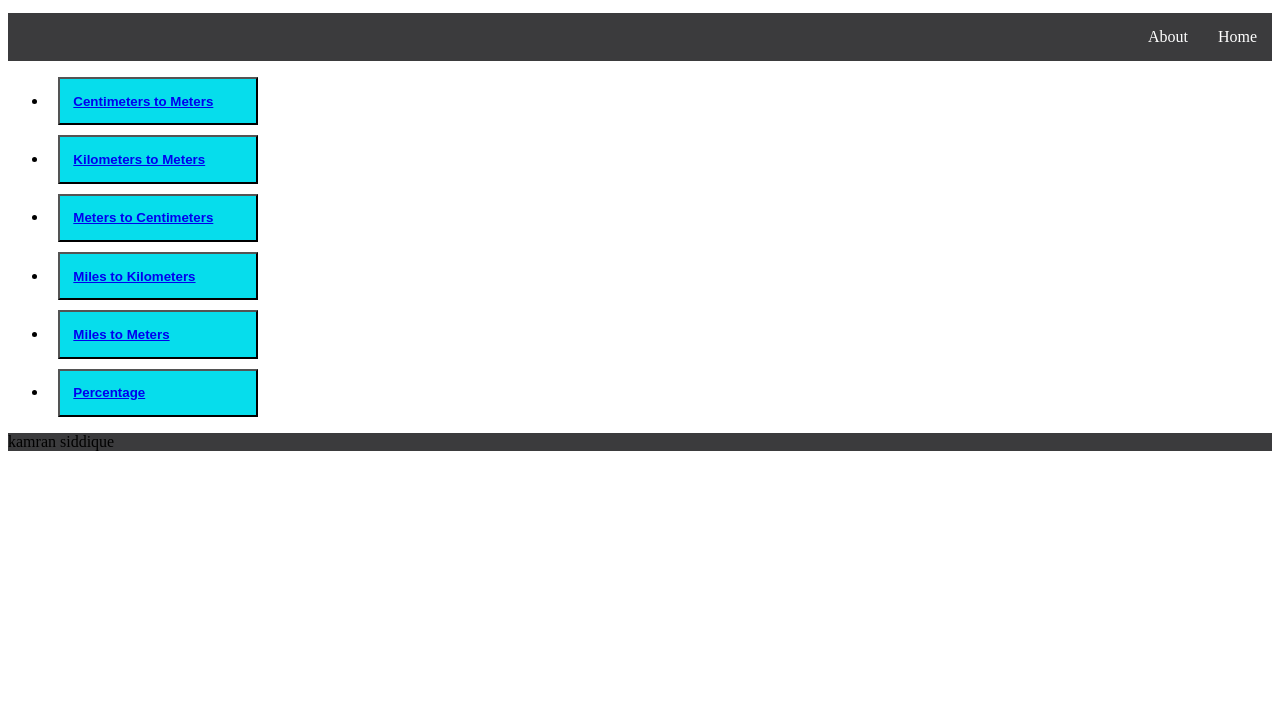
Repository: Kamrangujjar85112/Length-Converter
Page: html/home.html
An editor plug-in stored every save of this project. The page is shown before and after the next save, followed by the edit.
The browser window is 1280 px wide. The pictures show the whole page.

Above is the page before, as saved 2022-01-21 03:20:38.

### html/home.html
<!-- home -->
<!DOCTYPE html>
<html lang="en">
<head>
    <meta charset="UTF-8">
    <meta http-equiv="X-UA-Compatible" content="IE=edge">
    <meta name="viewport" content="width=device-width, initial-scale=1.0">
    <title>Home</title>
    <link rel="stylesheet" href="../css/style.css">

</head>
<body>
   <div class="header">
        <nav>
            <ul class="nav-ul">
                <li class="nav-li"><a href="#home">Home</a></li>
                <li class="nav-li"><a href="#about">About</a></li>
            </ul>
        </nav>
   </div>
   <div class="container">
       <ul>
           <li class="link">
               <button><a href="cm_km.html">Centimeters to Meters</a></button>
           </li>
           <li class="link">
               <button><a href="km_m.html">Kilometers to Meters</a></button>
           </li>
           <li class="link">
               <button><a href="m_cm.html">Meters to Centimeters</a></button>
           </li>
           <li class="link">
               <button><a href="mi_km.html">Miles to Kilometers</a></button>
           </li>
           <li class="link">
               <button><a href="mi_m.html">Miles to Meters</a></button>
           </li>
           <li class="link">
               <button><a href="percentage.html">Percentage</a></button>
           </li>
       </ul>
   </div>
   <div class="footer">
        <p>kamran siddique</p>
   </div>



</body>
</html>

### css/style.css
  body{
    padding-top: 5px;
    padding-bottom: 40px;
}
.header{
    top: 0;
    width: 100%;
    margin: 0;
    position: relative;

}
.nav-ul{
    list-style-type: none;
    margin: 0;
    padding: 30;
    overflow: hidden;
    background: rgb(59, 59, 61);
  }

  .nav-li {
    float: right;
    align-items: inherit;
  }

  .nav-li a {
    display: block;
    color: rgb(255, 255, 255);
    text-align:justify;
    padding: 15px 15px;
    text-decoration: none;
  }
  button {
    margin: 10px;
	padding: 1.1em 1em;
	font-weight:bold;
    width:200px;
    display: block;
    text-align:justify;
    background-color: #06ddec;
}
    button a:hover{
        background-color: #CA7E6F;
    }



  /* Change the link color to #111 (black) on hover */
  .nav-li a:hover {
    background-color: #0ac577;
  }
.footer{
    bottom: 0;
    width: 100%;
    position:relative;
    background: rgb(59, 59, 61);
}
/* Some more styles to beutify this example */

After the next save:
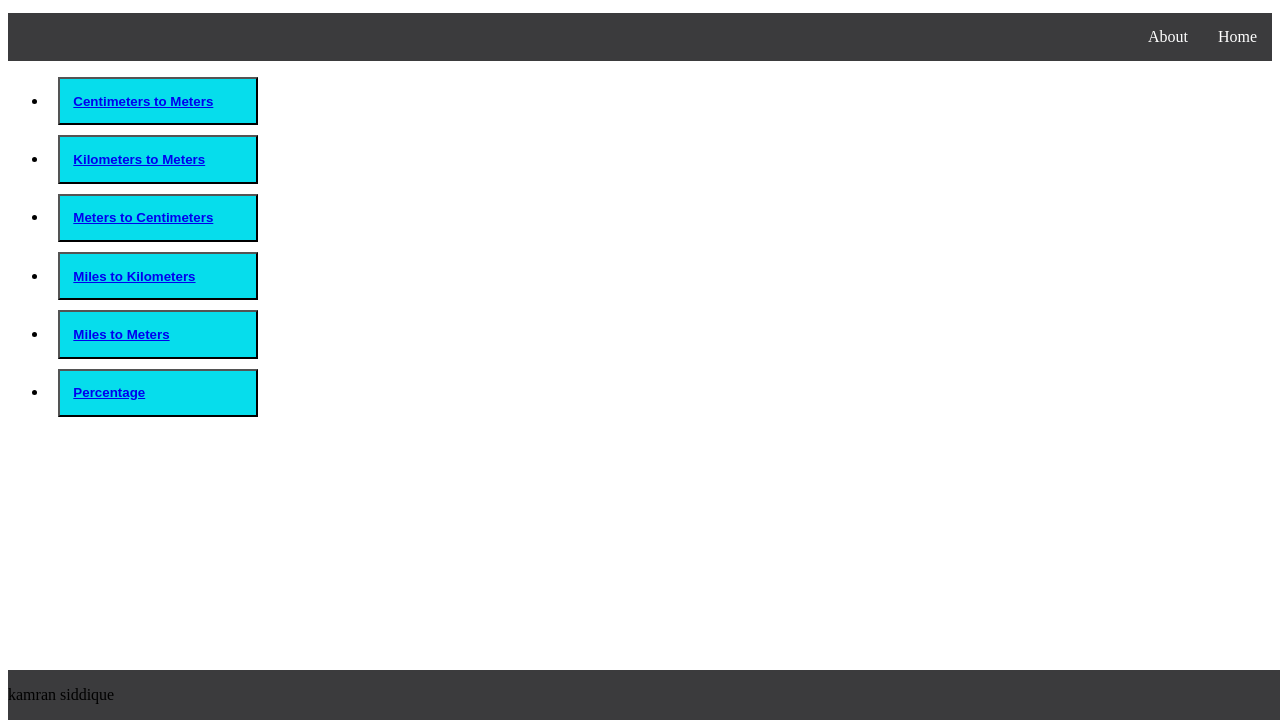
Saved 63 s later.
--- a/css/style.css
+++ b/css/style.css
@@ -51,7 +51,8 @@
 .footer{
     bottom: 0;
     width: 100%;
-    position:relative;
+    margin: 0;
+    position: fixed;
     background: rgb(59, 59, 61);
 }
 /* Some more styles to beutify this example */
